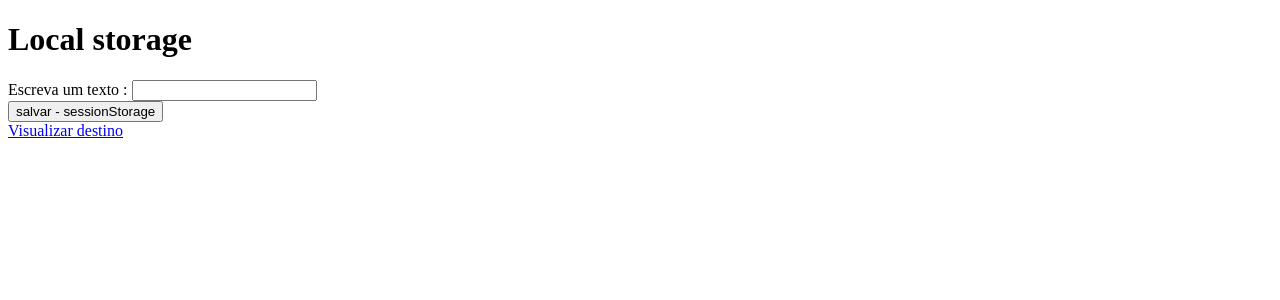
Repository: NicholasMaestrello/treinamento-impacta
Page: DesenvolvimentoJava/Modulo06/05_Storage/WebContent/session_storage_origem.html
The author's editor kept a copy of each file at every save. The page is drawn from the files as they stood at one save, then again after the next save.
The browser window is 1280 px wide. The pictures show the whole page.

Above is the page before, as saved 2017-10-23 16:18:33.

### DesenvolvimentoJava/Modulo06/05_Storage/WebContent/session_storage_origem.html
<!DOCTYPE html>
<html>
<head>
<meta charset="UTF-8" />
<meta name="viewport" content="width=device-width, initial-scale=1.0" />
<title>Insert title here</title>
</head>
<body>
	<h1>Local storage</h1>
	<label for="txt_origin">Escreva um texto :</label>
	<input type="text" id="txt_origin"/><br/>
	<input type="button" id="salvar" value="salvar - sessionStorage"><br/>

	<a href="session_storage_destino.html">Visualizar destino</a>

	<script type="text/javascript">
		let salvar = document.getElementById("salvar")
		salvar.addEventListener('click', function(){
			console.log("entrou")
			let texto = document.getElementById("txt_origin").value
			sessionStorage.setItem("session", texto)
			alert(`valor : ${texto} adicionado com sucesso`)
		})
	</script>
</body>
</html>

After the next save:
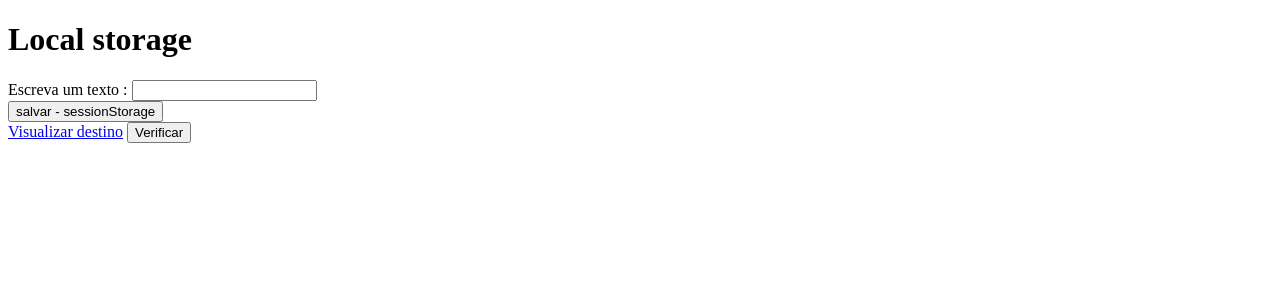
Saved 95 s later.
--- a/DesenvolvimentoJava/Modulo06/05_Storage/WebContent/session_storage_origem.html
+++ b/DesenvolvimentoJava/Modulo06/05_Storage/WebContent/session_storage_origem.html
@@ -13,6 +13,8 @@
 
 	<a href="session_storage_destino.html">Visualizar destino</a>
 
+	<input type="button" id="verificar" value="Verificar" /><br/>
+	<div id="resposta"></div>
 	<script type="text/javascript">
 		let salvar = document.getElementById("salvar")
 		salvar.addEventListener('click', function(){
